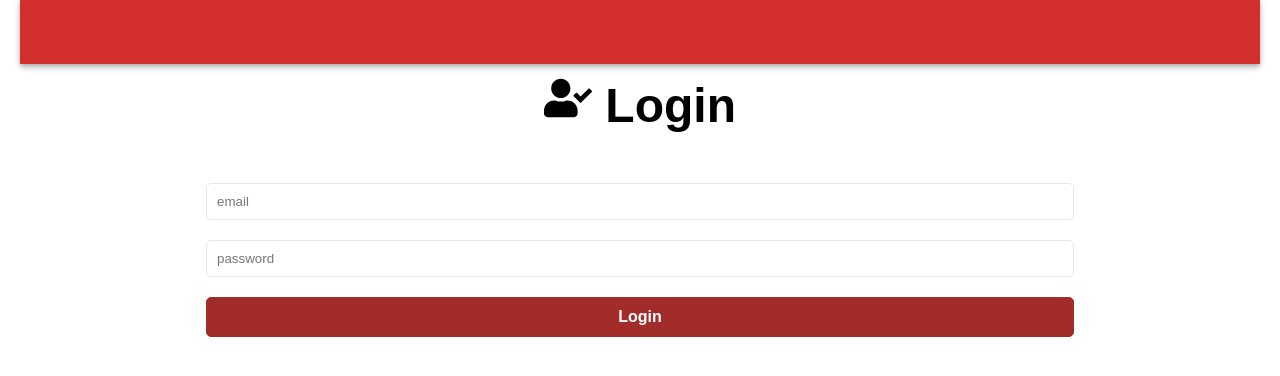
Repository: halilhaninan/MERNSTACK-Note-App
Page: / (app in frontend/)
These files come from the project's save history. The page is drawn as it stood at one moment and after the next save; the edit follows.
The browser window is 1280 px wide. The pictures show the whole page.
The project was rebuilt for these pictures with package versions that can differ from the ones it lists, and the page was loaded fresh each time. Also part of the build but not shown: frontend/src/Components/Spinner.jsx, frontend/src/Components/Not.jsx, frontend/src/pages/Register.jsx, frontend/src/features/counter/counterSlice.js, frontend/src/features/counter/counter.js, frontend/src/App.css.

Above is the page before, as saved 2022-09-03 11:01:50.

After the next save:
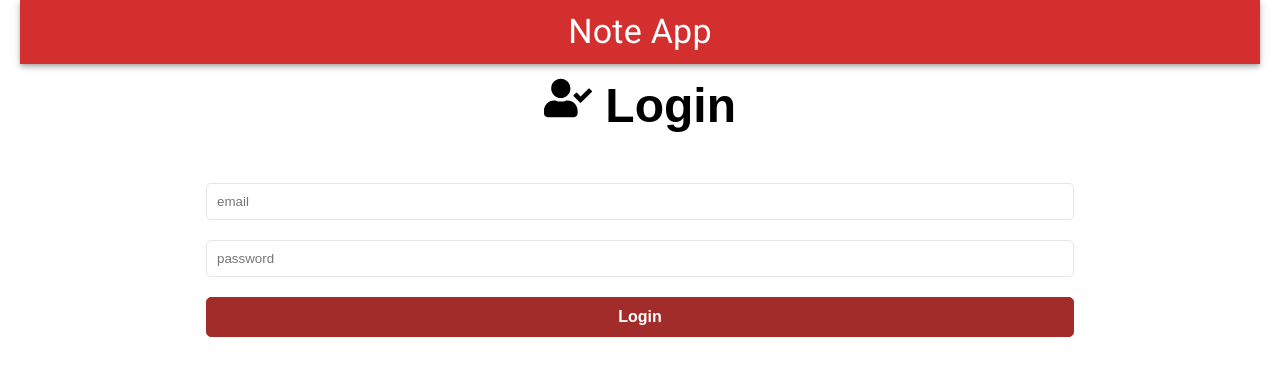
Saved 10 s later.
--- a/frontend/src/Components/Header.jsx
+++ b/frontend/src/Components/Header.jsx
@@ -22,10 +22,9 @@ function Header() {
   return (
     <AppBar position="static" color="error" sx={{ marginBottom: "10px" }}>
       <Toolbar>
-        <Typography
-          variant="h4"
-          component="div"
-          sx={{ flexGrow: 1 }}></Typography>
+        <Typography variant="h4" component="div" sx={{ flexGrow: 1 }}>
+          Note App
+        </Typography>
       </Toolbar>
     </AppBar>
   );
